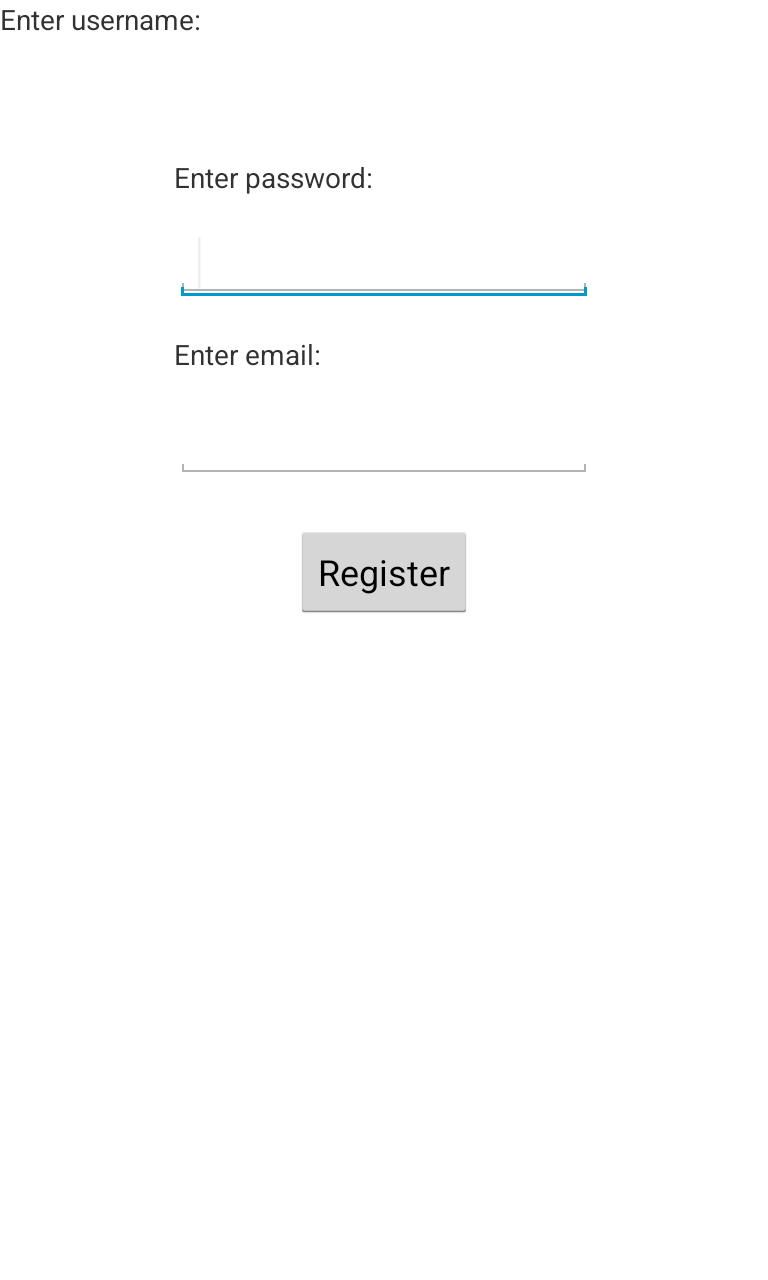
Repository: Codlex/JSMS
Layout: AndroidClient/res/layout/register_layout.xml
The author's editor kept a copy of each file at every save. The layout is drawn from the files as they stood at one save, then again after the next save.
It is drawn on a 768 x 1280 px phone screen (xhdpi) without system bars, with theme AppTheme; the app's code is not run.

Above is the layout before, as saved 2013-01-04 15:13:42.

### AndroidClient/res/layout/register_layout.xml
<?xml version="1.0" encoding="utf-8"?>
<RelativeLayout xmlns:android="http://schemas.android.com/apk/res/android"
    android:id="@+id/RelativeLayout1"
    android:layout_width="match_parent"
    android:layout_height="match_parent"
    android:orientation="vertical" >

    <TextView
        android:id="@+id/text1"
        android:layout_width="wrap_content"
        android:layout_height="wrap_content"
        android:layout_alignBottom="@+id/username"
        android:layout_alignLeft="@+id/username"
        android:layout_alignRight="@+id/username"
   		android:text="@string/username"
        android:layout_marginBottom="44dp" />

    <TextView
        android:id="@+id/text2"
        android:layout_width="wrap_content"
        android:layout_height="wrap_content"
        android:layout_alignLeft="@+id/username2"
        android:layout_below="@+id/text1"
        android:layout_marginTop="16dp"
        android:text="@string/password" />

    <EditText
        android:id="@+id/username2"
        android:layout_width="wrap_content"
        android:layout_height="wrap_content"
        android:layout_alignParentTop="true"
        android:layout_centerHorizontal="true"
        android:layout_marginTop="110dp"
        android:ems="10"
        android:inputType="textPersonName" />

    <EditText
        android:id="@+id/password2"
        android:layout_width="wrap_content"
        android:layout_height="wrap_content"
        android:layout_alignLeft="@+id/text2"
        android:layout_below="@+id/text2"
        android:layout_marginTop="14dp"
        android:ems="10"
        android:inputType="textPassword" >

        <requestFocus />
    </EditText>

    <TextView
        android:id="@+id/text3"
        android:layout_width="wrap_content"
        android:layout_height="wrap_content"
        android:layout_alignLeft="@+id/password2"
        android:layout_below="@+id/password2"
        android:layout_marginTop="16dp"
        android:text="@string/email" />

    <EditText
        android:id="@+id/EditText01"
        android:layout_width="wrap_content"
        android:layout_height="wrap_content"
        android:layout_alignLeft="@+id/text3"
        android:layout_below="@+id/text3"
        android:layout_marginTop="14dp"
        android:ems="10"
        android:inputType="textEmailAddress" />

    <Button
        android:id="@+id/registerb2"
        android:layout_width="wrap_content"
        android:layout_height="wrap_content"
        android:layout_below="@+id/EditText01"
        android:layout_centerHorizontal="true"
        android:layout_marginTop="22dp"
        android:text="@string/register" />

</RelativeLayout>

### AndroidClient/res/values/strings.xml
<?xml version="1.0" encoding="utf-8"?>
<resources>

    <string name="app_name">AndroidClient</string>
    <string name="hello_world">Hello world!</string>
    <string name="menu_settings">Settings</string>
    <string name="username">Enter username:</string>
    <string name="password">Enter password:</string>
    <string name="email">Enter email:</string>
    <string name="login">Login</string>
    <string name="register">Register</string>
	<string name="create_account">Create account</string>

</resources>

Loaded but not shown: AndroidClient/res/values/styles.xml (common file); AndroidClient/res/values-v11/styles.xml (common file); AndroidClient/res/values-v14/styles.xml (common file)

After the next save:
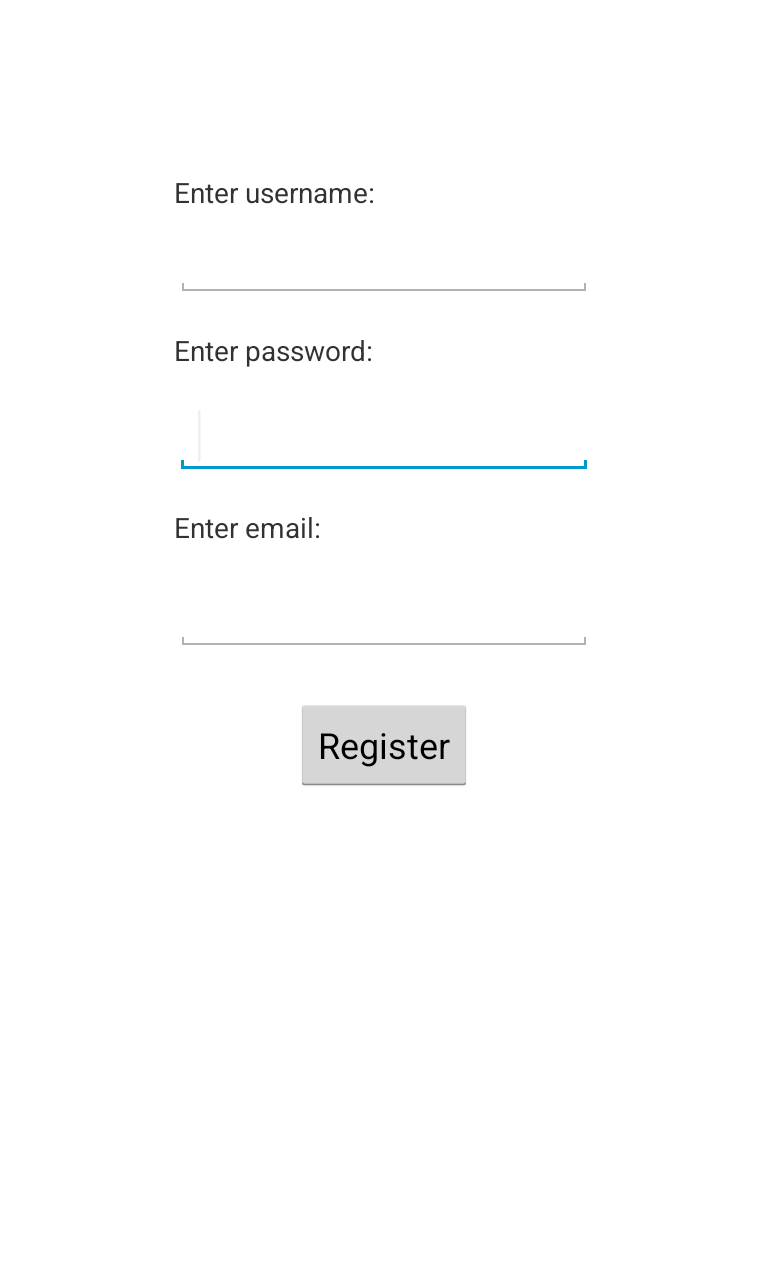
Saved 17 s later.
--- a/AndroidClient/res/layout/register_layout.xml
+++ b/AndroidClient/res/layout/register_layout.xml
@@ -9,9 +9,9 @@
         android:id="@+id/text1"
         android:layout_width="wrap_content"
         android:layout_height="wrap_content"
-        android:layout_alignBottom="@+id/username"
-        android:layout_alignLeft="@+id/username"
-        android:layout_alignRight="@+id/username"
+        android:layout_alignBottom="@+id/username2"
+        android:layout_alignLeft="@+id/username2"
+        android:layout_alignRight="@+id/username2"
    		android:text="@string/username"
         android:layout_marginBottom="44dp" />
 
